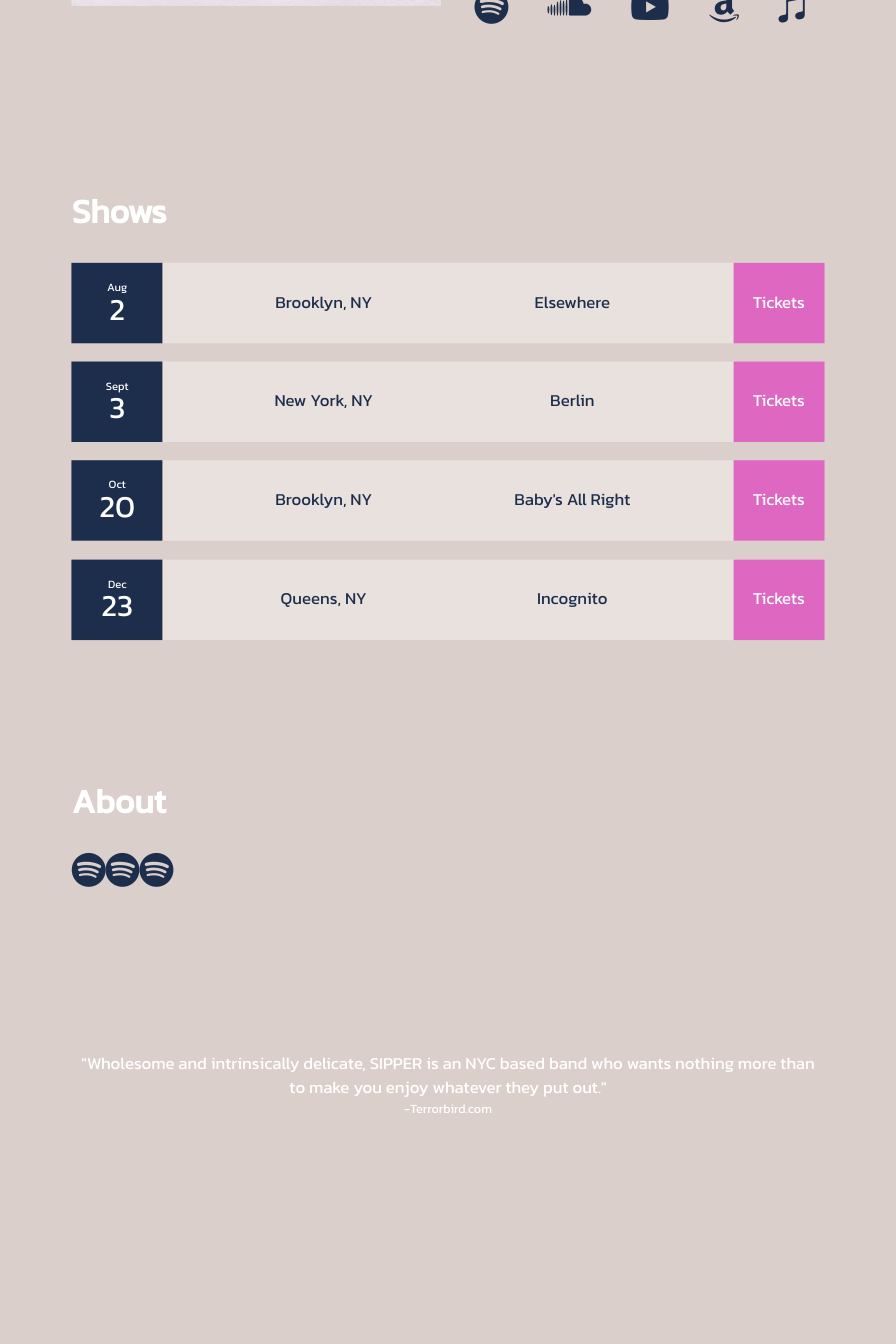
Repository: KrystellBarraza/SipperNYC
Page: index.html
These files come from the project's save history. The page is drawn as it stood at one moment and after the next save; the edit follows.
The browser window is 1280 px wide. The pictures show the part of the page from y = 2298 to 4218 px (the page is 4218 px tall), at 70% of full size.
Some web libraries are served in a nearby version.

Above is the page before, as saved 2019-09-17 16:55:25.

After the next save:
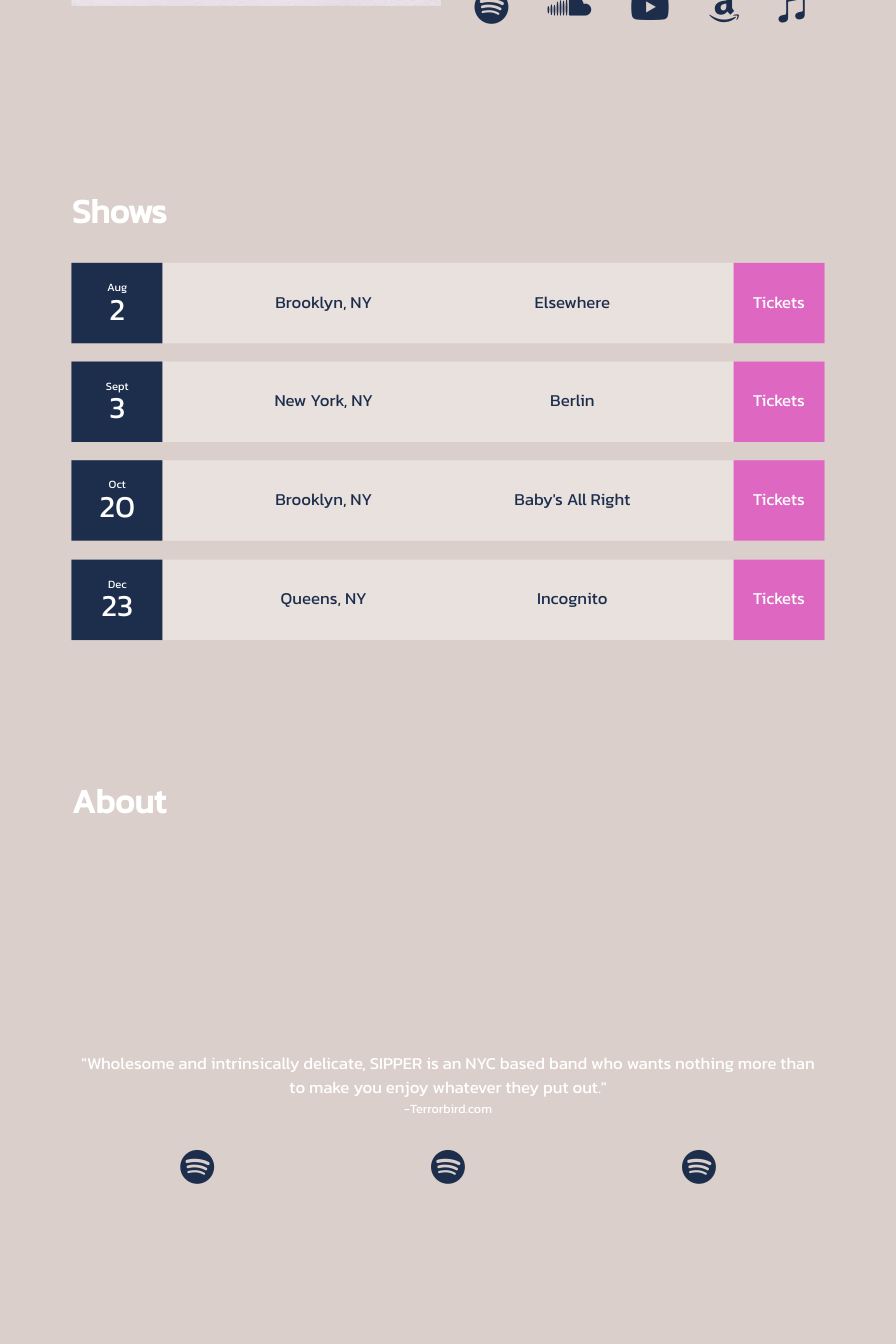
Saved 73 s later.
--- a/style.css
+++ b/style.css
@@ -835,3 +835,7 @@ i.fab:hover {
 .about-font {
     font-size: 1.5em;
 }
+
+.about-u {
+    grid-area: u;
+}
